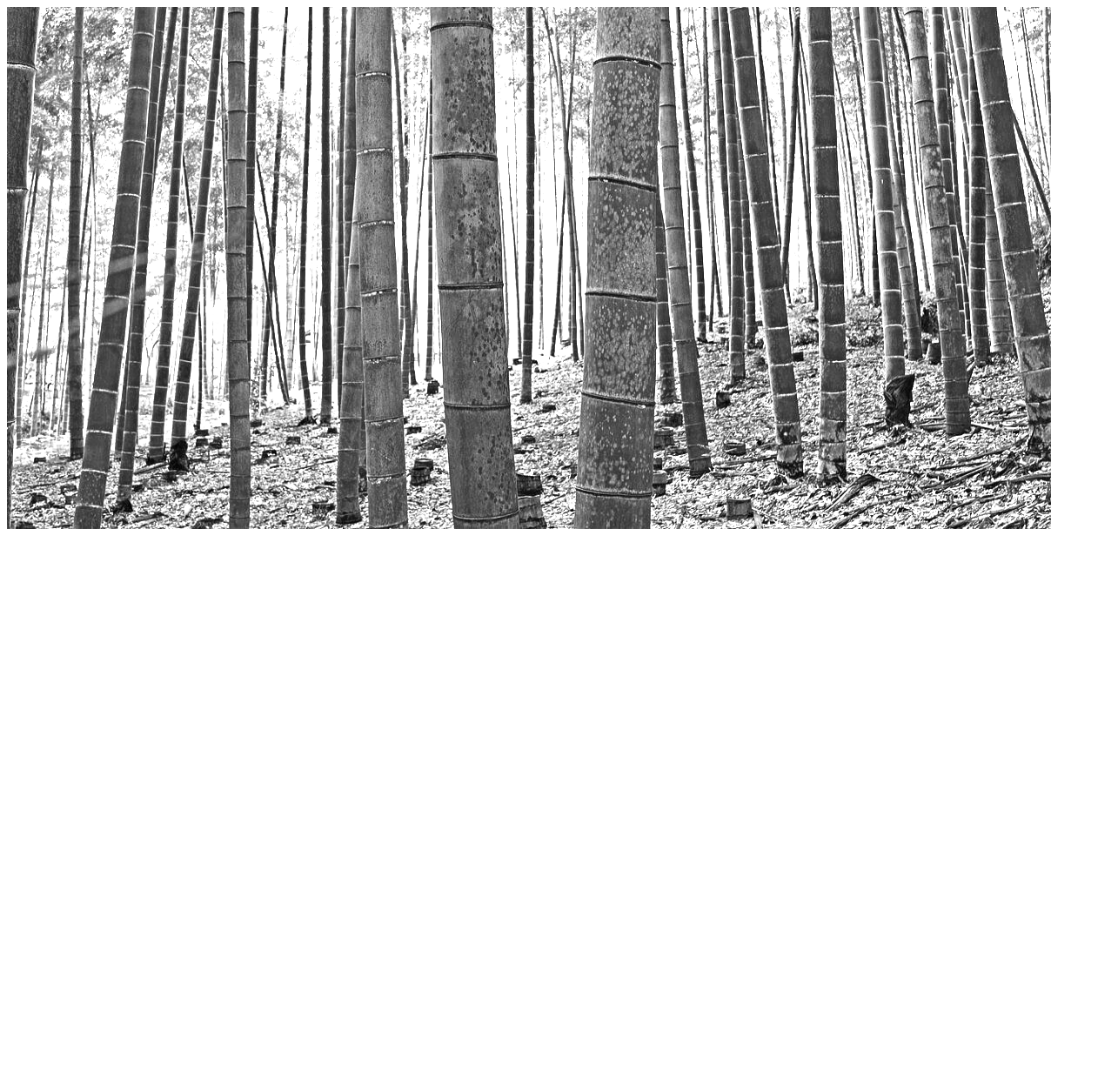
Repository: tanasa-mircea/playground
Page: canvas-filters/index.html
The author's editor kept a copy of each file at every save. The page is drawn from the files as they stood at one save, then again after the next save.
The browser window is 1280 px wide. The pictures show the whole page, at 87% of full size.

Above is the page before, as saved 2019-02-08 11:25:26.

After the next save:
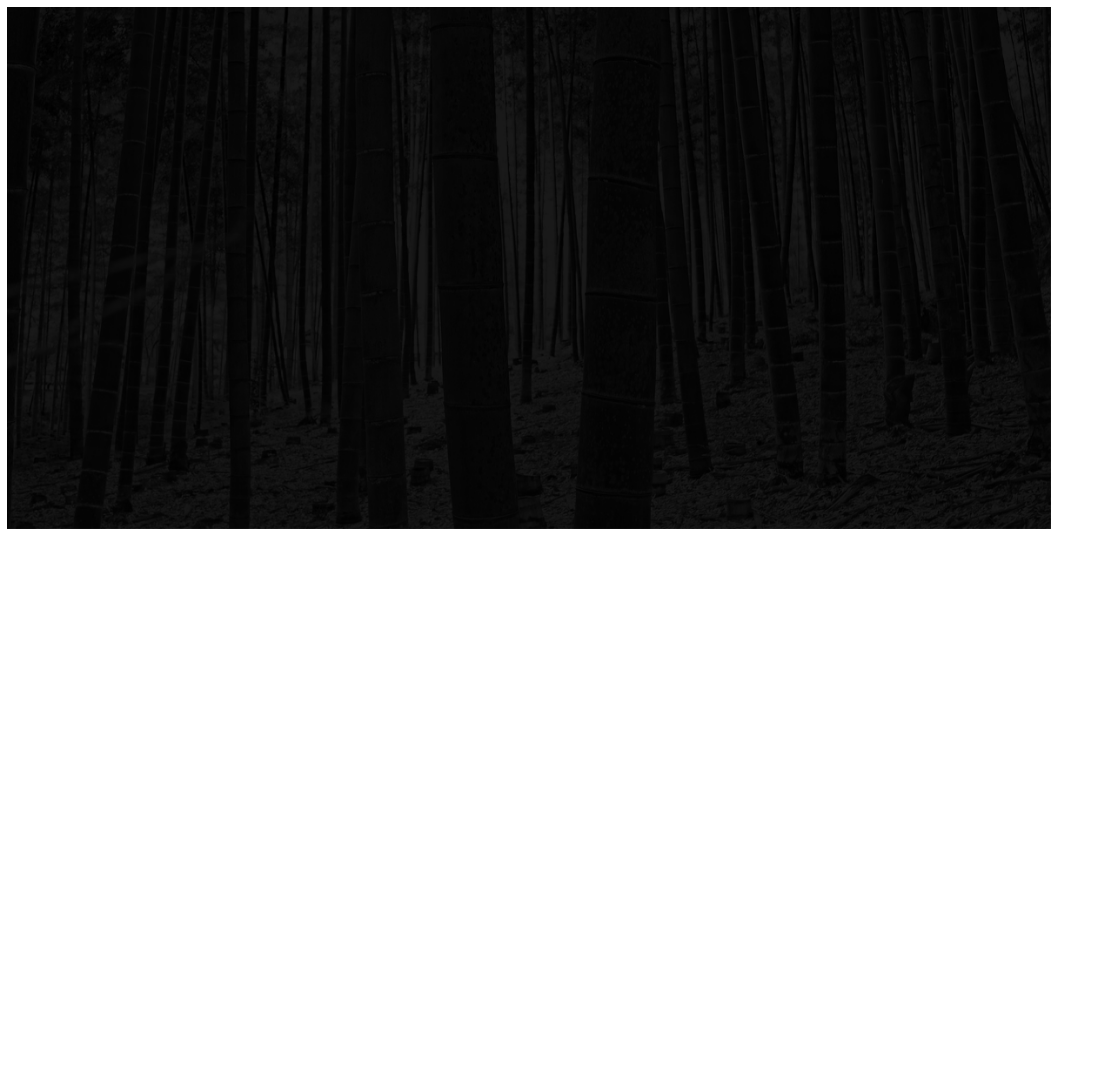
Saved 8 s later.
--- a/canvas-filters/main.js
+++ b/canvas-filters/main.js
@@ -58,7 +58,7 @@ function makeSepia(pixels) {
     var r = data[i];
     var g = data[i+1];
     var b = data[i+2];
-    var mutatedColors = 0.1*r + 1*g + 1*b;
+    var mutatedColors = 0.1*r + 0*g + 0*b;
     data[i] = data[i+1] = data[i+2] = mutatedColors
   }
   return pixels;
